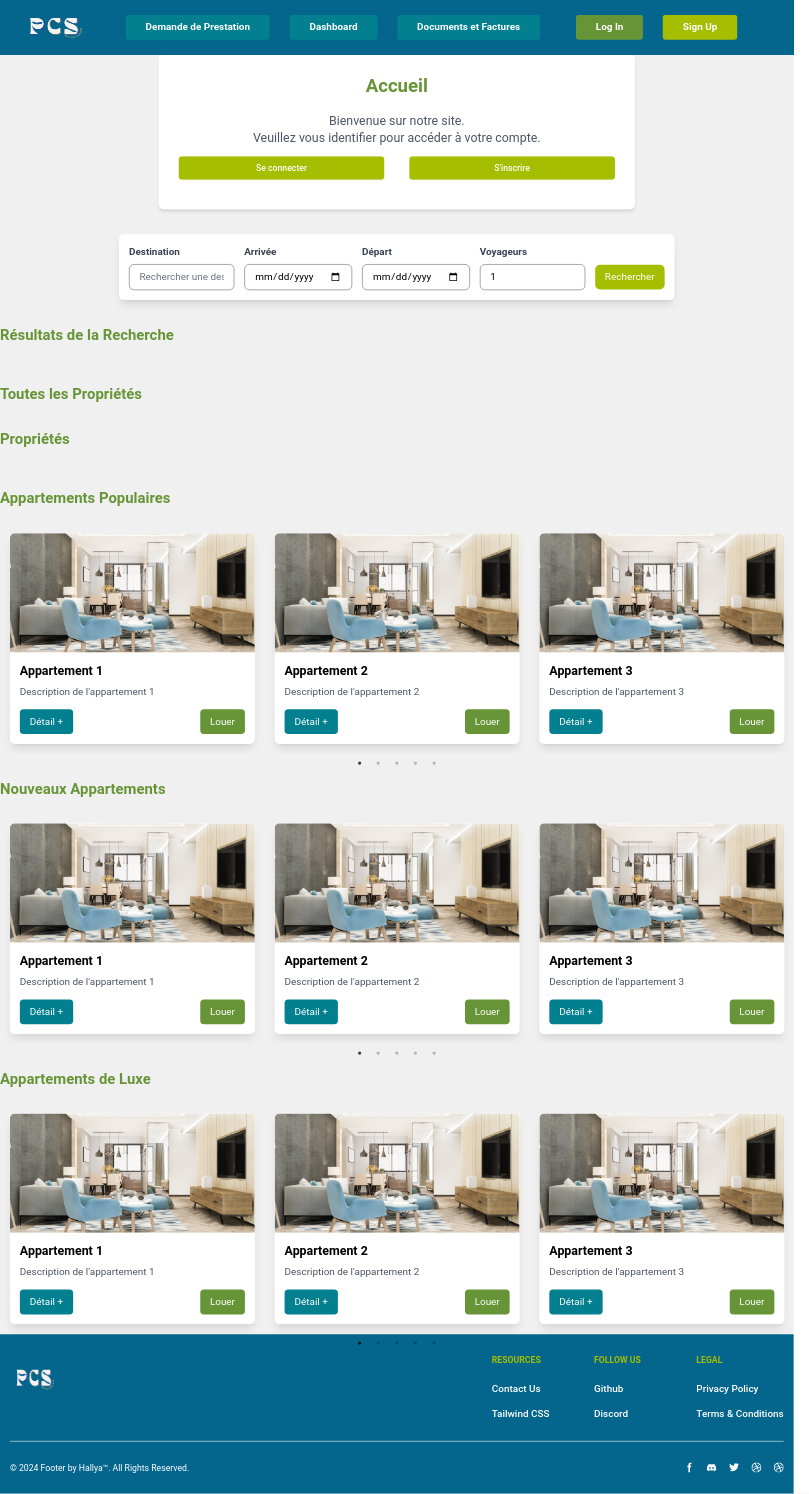
Repository: HATTOUNGBRE/ProjetAnnuel2
Page: /logout (app in FRONT/)
The author's editor kept a copy of each file at every save. The page is drawn from the files as they stood at one save, then again after the next save.
The browser window is 1280 px wide. The page is 1305 px wide, so the pictures cover 1305 px, including what lies to the right of the window. The pictures show the whole page, at 62% of full size.
The page's requests for data from a server got no answer. The project was rebuilt for these pictures with package versions that can differ from the ones it lists, and the page was loaded fresh each time. No one was signed in, and anything a server would have sent is missing. Also part of the build but not shown: FRONT/vite.config.js, FRONT/src/components/PropertySearch.jsx, FRONT/src/components/Contact.jsx, FRONT/src/components/CatUser.jsx, FRONT/src/components/Login.jsx, FRONT/src/components/prestataire/PrestataireType.jsx, FRONT/src/components/prestataire/PrestataireDetails.jsx, FRONT/src/components/Account.jsx and 14 more.

Above is the page before, as saved 2024-06-28 23:21:27.

### FRONT/src/main.jsx
import React from 'react'
import ReactDOM from 'react-dom/client'
import App from './App.jsx'
import './App.css'
import { AuthProvider } from './components/AuthContext';
import {
  BrowserRouter,
  Route,
  Link
} from "react-router-dom";

ReactDOM.createRoot(document.getElementById('root')).render(
  <React.StrictMode>
    <AuthProvider>
    <App />
    </AuthProvider>
  </React.StrictMode>,
)

### FRONT/src/App.jsx
import React, { useContext, useEffect } from "react";
import './App.css';
import { BrowserRouter as Router, Route, Routes, Navigate } from 'react-router-dom';
import Header from "./components/Header";
import Main from "./components/Main";
import Contact from "./components/Contact";
import Nav from "./components/Nav";
import Footer from "./components/Footer";
import CatUser from "./components/CatUser";
import Login from './components/Login';
import LogOut from "./components/LogOut";
import Account from "./components/Account";
import Inscription from './components/Inscription';
import VoyageurDashboard from './components/dashboard/VoyageurDashboard';
import ProprietaireDashboard from './components/dashboard/ProprietaireDashboard';
import PrestataireDashboard from './components/dashboard/PrestataireDashboard';
import Error400 from './components/Error400';
import AuthContext from './components/AuthContext';
import ProprietairePrestation from "./components/proprio/Prestation";
import ProprietaireReservation from "./components/proprio/ProprietaireReservation";
import PrestataireReservation from "./components/prestataire/PrestataireReservation";
import AddProperty from "./components/proprio/AddProperty";
import CreatePrestation from "./components/proprio/CreatePrestation";

function App() {
    const { isLoggedIn, userRole, userId, userName, userSurname, category } = useContext(AuthContext);

    useEffect(() => {
        console.log("UserRole:", userRole);
        console.log("UserId:", userId);
        console.log("UserName:", userName);
        console.log("UserSurname:", userSurname);
        console.log("CategoryUserId:", category);
    }, [userRole, userId, userName, userSurname, category]);

    const getDashboardComponent = (role) => {
        switch (role) {
            case 'voyageur':
                return <VoyageurDashboard />;
            case 'proprietaire':
                return <ProprietaireDashboard />;
            case 'prestataire':
                return <PrestataireDashboard />;
            default:
                return <Error400 />;
        }
    };

    const ProtectedRoute = ({ element, allowedRole }) => {
        if (!isLoggedIn) {
            return <Navigate to="/login" />;
        }
        return userRole === allowedRole ? element : <Navigate to="/error400" />;
    };

    return (
        <Router>
         <Header isLoggedIn={isLoggedIn} userRole={userRole} />
         <main className="flex-grow">
         <Routes>
                <Route exact path="/" element={<Main isLoggedIn={isLoggedIn} userRole={userRole} />} />
                <Route path="/components/inscription" element={<Inscription />} />
                <Route path="/components/catUser" element={<CatUser />} />
                <Route path="/contact" element={<Contact />} />
                <Route path="/login" element={<Login />} />
                <Route path={`/${userRole}/Prestation`} element={<ProtectedRoute element={<ProprietairePrestation />} allowedRole={userRole} />} />
                <Route path={`/${userRole}/Reservation`} element={<ProtectedRoute element={userRole === 'proprietaire' ? <ProprietaireReservation /> : <PrestataireReservation />} allowedRole={userRole} />} />
                <Route path="/components/dashboard/voyageur" element={<ProtectedRoute element={<VoyageurDashboard />} allowedRole="voyageur" />} />
                <Route path="/components/dashboard/proprietaire" element={<ProtectedRoute element={<ProprietaireDashboard />} allowedRole="proprietaire" />} />
                <Route path="/components/dashboard/prestataire" element={<ProtectedRoute element={<PrestataireDashboard />} allowedRole="prestataire" />} />
                <Route path="/components/nav" element={<Nav isLoggedIn={isLoggedIn} userRole={userRole} />} />
                <Route path="/logout" element={<LogOut />} />
                <Route path="/account" element={<Account userId={userId} />} />
                <Route path="/error400" element={<Error400 />} />
                <Route path="/add-property" element={<ProtectedRoute element={<AddProperty />} allowedRole="proprietaire" />} />
                <Route path="/create-prestation" element={<ProtectedRoute element={<CreatePrestation />} allowedRole="proprietaire" />} />
                <Route path="/components/dashboard/proprietaire" element={<ProtectedRoute element={<ProprietaireDashboard />} allowedRole="proprietaire" />} />
                <Route path="/components/dashboard/prestataire" element={<ProtectedRoute element={<PrestataireDashboard />} allowedRole="prestataire" />} />
                <Route path="/components/dashboard/voyageur" element={<ProtectedRoute element={<VoyageurDashboard />} allowedRole="voyageur" />} />
                <Route path="*" element={<Error400 />} />

            </Routes>
            </main>
           <Footer />
        </Router>

    );
}

const ProtectedRoute = ({ element, allowedRole }) => {
    const { userRole } = useContext(AuthContext);
    return userRole === allowedRole ? element : <Navigate to="/error400" />;
  };

export default App;

### FRONT/src/App.css
@tailwind base;
@tailwind components;
@tailwind utilities;

html, body {
  height: 100%;
  width: 100%;
  margin: 0;
  padding: 0;
  font-family: 'Roboto', sans-serif;
}


.logo {
  height: 5em;
  width: 7em;
  /* will-change: filter; */
  transition: filter 300ms;
}
.logo:hover {
}
.logo.react:hover {
  filter: drop-shadow(0 0 2em #61dafbaa);
}

@keyframes logo-spin {
  from {
    transform: rotate(0deg);
  }
  to {
    transform: rotate(360deg);
  }
}


.card {
  padding: 2em;
}

.read-the-docs {
  color: #888;
}
footer {
  position: absolute;
  left: 0;
  bottom: 0;
  width: 100%;
}
html, body {
  height: 100%;
  margin: 0;
  padding: 0;

}



footer {
  flex-shrink: 0; /* Empêche le pied de page de rétrécir si le contenu est trop grand */
}

.main-content {
  flex: 1;
  padding: 24px;
  overflow-y: auto;
  display: flex;
  flex-direction: column;
}

### FRONT/src/components/AuthContext.jsx
import React, { createContext, useState, useEffect } from 'react';
import Cookies from 'js-cookie';

const AuthContext = createContext();

export const AuthProvider = ({ children }) => {
  const [isLoggedIn, setIsLoggedIn] = useState(false);
  const [userRole, setUserRole] = useState('');
  const [userId, setUserId] = useState(null);
  const [userName, setUserName] = useState('');
  const [userSurname, setUserSurname] = useState('');
  const [category, setCategoryUserId] = useState(null);

  const fetchUserDetails = async (userId) => {
    try {
      const response = await fetch(`http://localhost:8000/api/user/${userId}`);
      const data = await response.json();

      if (response.ok) {
        setIsLoggedIn(true);
        setUserId(data.id);
        setUserName(data.name);
        setUserSurname(data.surname);
        setCategoryUserId(data.category_user);
        setUserRole(Cookies.get('role')); // Ensure the role is set from the cookie
      } else {
        setIsLoggedIn(false);
        setUserId(null);
        setUserName('');
        setUserSurname('');
        setCategoryUserId(null);
        setUserRole('');
      }
    } catch (error) {
      console.error('Error fetching user details:', error);
    }
  };

  useEffect(() => {
    const token = Cookies.get('authToken');
    const storedUserRole = Cookies.get('role');
    const storedUserId = Cookies.get('userId');

    if (token && storedUserId) {
      setIsLoggedIn(true);
      setUserRole(storedUserRole || '');
      fetchUserDetails(storedUserId); // Fetch user details
    }
  }, []);

  const login = (token, role, userId, userName, userSurname, category) => {
    Cookies.set('authToken', token, { expires: 1 });
    Cookies.set('role', role, { expires: 1 });
    Cookies.set('userId', userId, { expires: 1 });
    Cookies.set('userName', userName, { expires: 1 });
    Cookies.set('userSurname', userSurname, { expires: 1 });
    Cookies.set('category', category, { expires: 1 });

    setIsLoggedIn(true);
    setUserRole(role);
    setUserId(userId);
    setUserName(userName);
    setUserSurname(userSurname);
    setCategoryUserId(category);
  };

  const logout = () => {
    Cookies.remove('authToken');
    Cookies.remove('role');
    Cookies.remove('userId');
    Cookies.remove('userName');
    Cookies.remove('userSurname');
    Cookies.remove('category');

    setIsLoggedIn(false);
    setUserRole('');
    setUserId(null);
    setUserName('');
    setUserSurname('');
    setCategoryUserId(null);
  };

  return (
    <AuthContext.Provider value={{ isLoggedIn, userRole, userId, userName, userSurname, category, login, logout, fetchUserDetails }}>
      {children}
    </AuthContext.Provider>
  );
};

export default AuthContext;

### FRONT/src/components/Header.jsx
import { useState, useEffect } from 'react';
import Nav from './Nav';
import { Link } from "react-router-dom";

function Header(props) {
  const { isLoggedIn, userRole } = props;

  return (
    <div>
      <header className="bg-pcs-200 sticky top-0 z-[20]">
        <nav className="bg-pcs-200 border-gray-200 dark:bg-gray-900 w-full">
          <div className="w-full flex flex-wrap items-center justify-around p-1">
            <Link to="/" className="flex items-center space-x-3 rtl:space-x-reverse">
              <img src="/public/images/fullDay.png" className="h-8 logo" alt="PCSLogo" />
            </Link>
            <Nav isLoggedIn={isLoggedIn} userRole={userRole} />
            <button
              data-collapse-toggle="navbar-default"
              type="button"
              className="inline-flex items-center p-2 w-10 h-10 justify-center text-sm text-gray-500 rounded-lg md:hidden focus:outline-none focus:ring-2 focus:ring-gray-200 dark:text-gray-400 dark:focus:ring-gray-600"
              aria-controls="navbar-default"
              aria-expanded="false"
            >
              <span className="sr-only">Open main menu</span>
              <svg
                className="w-5 h-5"
                aria-hidden="true"
                xmlns="http://www.w3.org/2000/svg"
                fill="none"
                viewBox="0 0 17 14"
              >
                <path
                  stroke="currentColor"
                  strokeLinecap="round"
                  strokeLinejoin="round"
                  strokeWidth="2"
                  d="M1 1h15M1 7h15M1 13h15"
                />
              </svg>
            </button>
            <div className="hidden w-full md:block md:w-auto" id="navbar-default"></div>
          </div>
        </nav>
      </header>
    </div>
  );
}

export default Header;

### FRONT/src/components/Nav.jsx
import { Link } from "react-router-dom";

function Nav(props) {
    const { isLoggedIn, userRole } = props;

    console.log('isLoggedIn page NAV:', isLoggedIn);
    return (
        <>
            <div className='flex space-x-8'>
                <Link to={`/${userRole}/Reservation`}>
                    <button className="bg-pcs-250 hover:bg-pcs-300 text-white font-bold py-2 px-8 rounded">
                        Demande de Prestation
                    </button>
                </Link>

                <Link to={`/components/dashboard/${userRole}`}>
                    <button className="bg-pcs-250 hover:bg-pcs-300 text-white font-bold py-2 px-8 rounded">
                        Dashboard
                    </button>
                </Link>

                <Link to={`/${userRole}/Prestation`}>
                    <button className="bg-pcs-250 hover:bg-pcs-300 text-white font-bold py-2 px-8 rounded">
                        Documents et Factures
                    </button>
                </Link>
            </div>
            {isLoggedIn ? (
                <div className='flex space-x-8'>
                    <Link to='/account'>
                        <button className="bg-pcs-400 hover:bg-pcs-700 text-white font-bold py-2 px-8 rounded">
                            Account
                        </button>
                    </Link>
                    <Link to='/logout'>
                        <button className="bg-pcs-300 hover:bg-pcs-600 text-white font-bold py-2 px-8 rounded">
                            Log out
                        </button>
                    </Link>

                </div>
            ) : (
                <div className='flex space-x-8'>
                    <Link to='/components/catuser'>
                        <button className="bg-pcs-400 hover:bg-pcs-700 text-white font-bold py-2 px-8 rounded">
                            Log In
                        </button>
                    </Link>

                    <Link to='/components/Inscription'>
                        <button className="bg-pcs-300 hover:bg-pcs-600 text-white font-bold py-2 px-8 rounded">
                            Sign Up
                        </button>
                    </Link>
                </div>
            )}
        </>
    );
};

export default Nav;

### FRONT/src/components/LogOut.jsx
import React, { useContext, useEffect } from 'react';
import { useNavigate } from 'react-router-dom';
import AuthContext from './AuthContext';

const LogOut = () => {
  const { logout } = useContext(AuthContext);
  const navigate = useNavigate();

  useEffect(() => {
    logout();
    navigate('/');
  }, [logout, navigate]);

  return null;
};

export default LogOut;

### FRONT/src/components/PropertySliderSection.jsx
import React from 'react';
import Slider from 'react-slick';

const PropertySliderSection = ({ title, sliderSettings }) => {
  return (
    <div className="mt-10 w-full">
      <h2 className="text-2xl font-semibold text-pcs-400 mb-6">{title}</h2>
      <Slider {...sliderSettings}>
        {[1, 2, 3, 4, 5].map(item => (
          <div key={item} className="p-4">
            <div className="bg-white shadow-lg rounded-lg overflow-hidden">
              <img src="http://localhost:8000/uploads/property_photos/default_appart.jpg" alt={`Appartement ${item}`} className="h-48 w-full object-cover" />
              <div className="p-4">
                <h3 className="text-xl font-semibold mb-2">Appartement {item}</h3>
                <p className="text-gray-600 mb-4">Description de l'appartement {item}</p>
                <div className="flex justify-between">
                  <button className="bg-pcs-250 hover:bg-pcs-200 text-white py-2 px-4 rounded-md">Détail +</button>
                  <button className="bg-pcs-400 text-white py-2 px-4 rounded-md">Louer</button>
                </div>
              </div>
            </div>
          </div>
        ))}
      </Slider>
    </div>
  );
};

export default PropertySliderSection;

### FRONT/src/components/PropertyRow.jsx
import React from 'react';
import Slider from 'react-slick';

const PropertyRow = ({ properties, sliderSettings }) => {
  return (
    <div className="mt-10 w-full">
      <h2 className="text-2xl font-semibold text-pcs-400 mb-6">Propriétés</h2>
      <Slider {...sliderSettings}>
        {properties.map(property => (
          <div key={property.id} className="p-4">
            <div className="bg-white shadow-lg rounded-lg overflow-hidden">
              <img src={`http://localhost:8000/uploads/property_photos/${property.image}`} alt={property.name} className="h-48 w-full object-cover" />
              <div className="p-4">
                <h3 className="text-xl font-semibold mb-2">{property.name}</h3>
                <p className="text-gray-600 mb-4">{property.description}</p>
                <div className="flex justify-between">
                  <button className="bg-pcs-250 hover:bg-pcs-200 text-white py-2 px-4 rounded-md">Détail +</button>
                  <button className="bg-pcs-400 text-white py-2 px-4 rounded-md">Louer</button>
                </div>
              </div>
            </div>
          </div>
        ))}
      </Slider>
    </div>
  );
};

export default PropertyRow;

Loaded but not shown: FRONT/index.html (common file); FRONT/tailwind.config.js (26 lines, source omitted); FRONT/src/components/Main.jsx (202 lines, source omitted); FRONT/src/components/Footer.jsx (91 lines, source omitted)

After the next save:
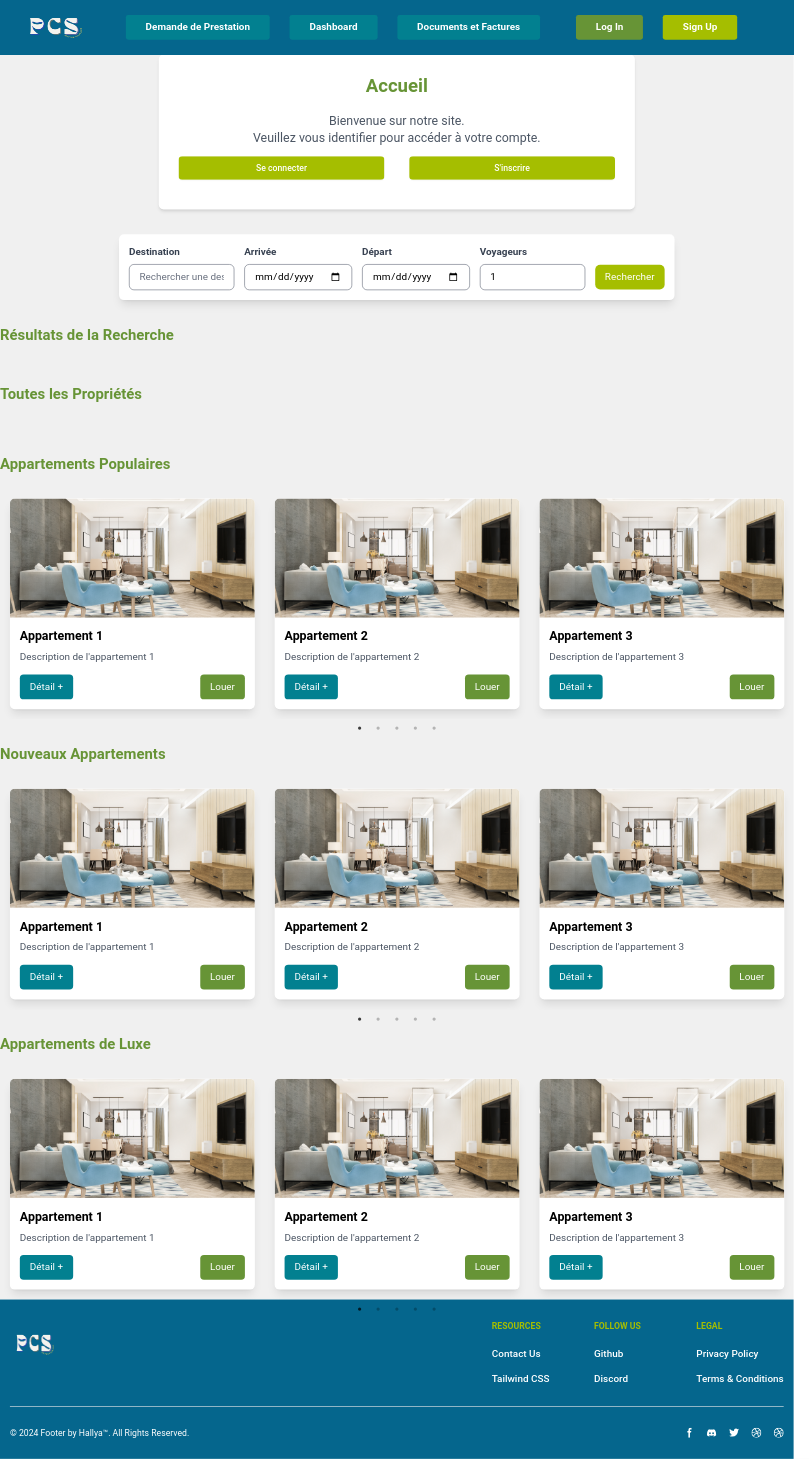
Saved 29 s later.
--- a/FRONT/src/components/PropertyRow.jsx
+++ b/FRONT/src/components/PropertyRow.jsx
@@ -4,7 +4,7 @@ import Slider from 'react-slick';
 const PropertyRow = ({ properties, sliderSettings }) => {
   return (
     <div className="mt-10 w-full">
-      <h2 className="text-2xl font-semibold text-pcs-400 mb-6">Propriétés</h2>
+
       <Slider {...sliderSettings}>
         {properties.map(property => (
           <div key={property.id} className="p-4">
